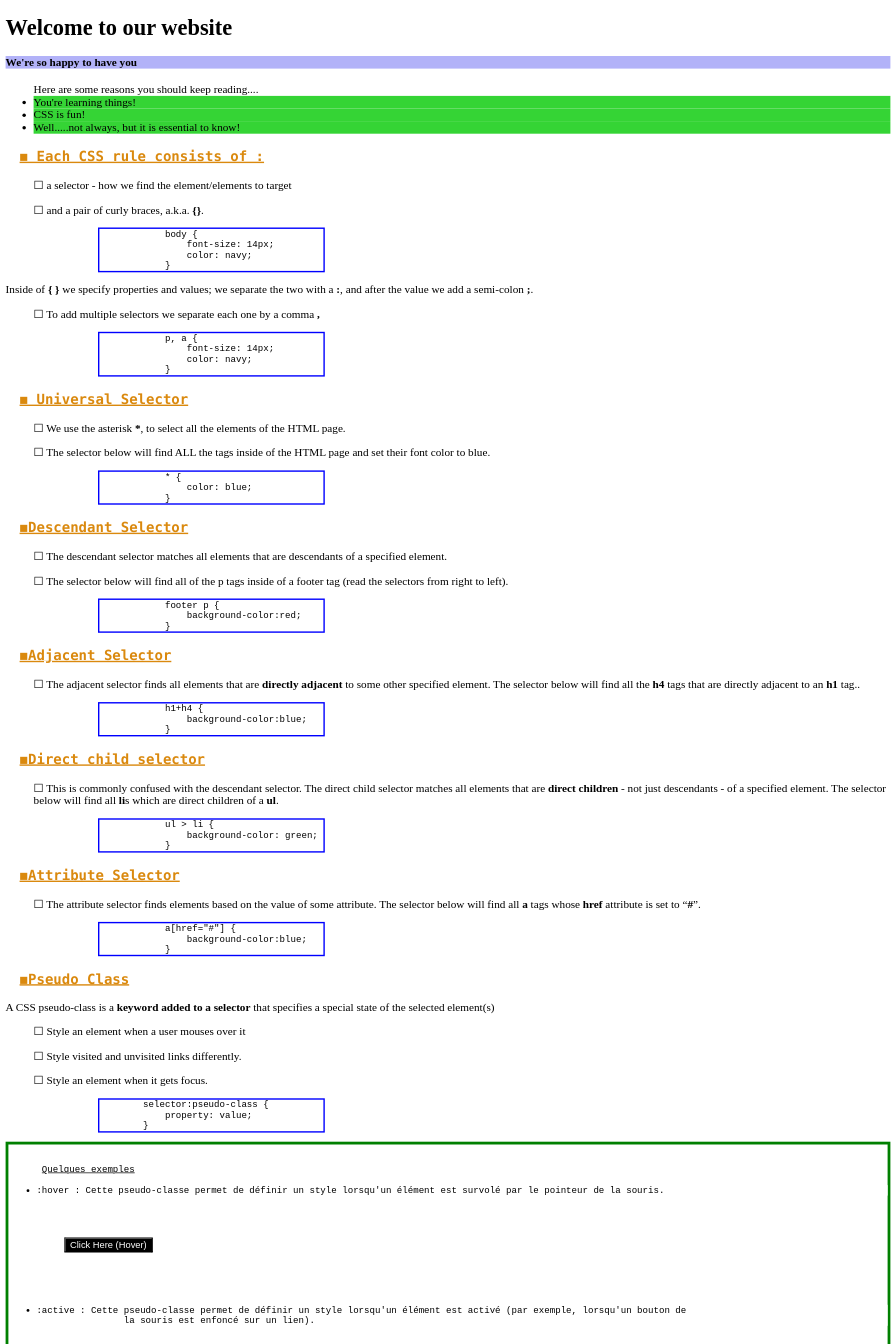
Repository: AnnaSpirit/Tests__
Page: CSS/Useful_Selectors.html
An editor plug-in stored every save of this project. The page is shown before and after the next save, followed by the edit.
The browser window is 1280 px wide. The pictures show the part of the page from y = 0 to 1920 px (the page is 2653 px tall before and 2707 px after), at 70% of full size.

Above is the page before, as saved 2024-04-03 19:01:24.

After the next save:
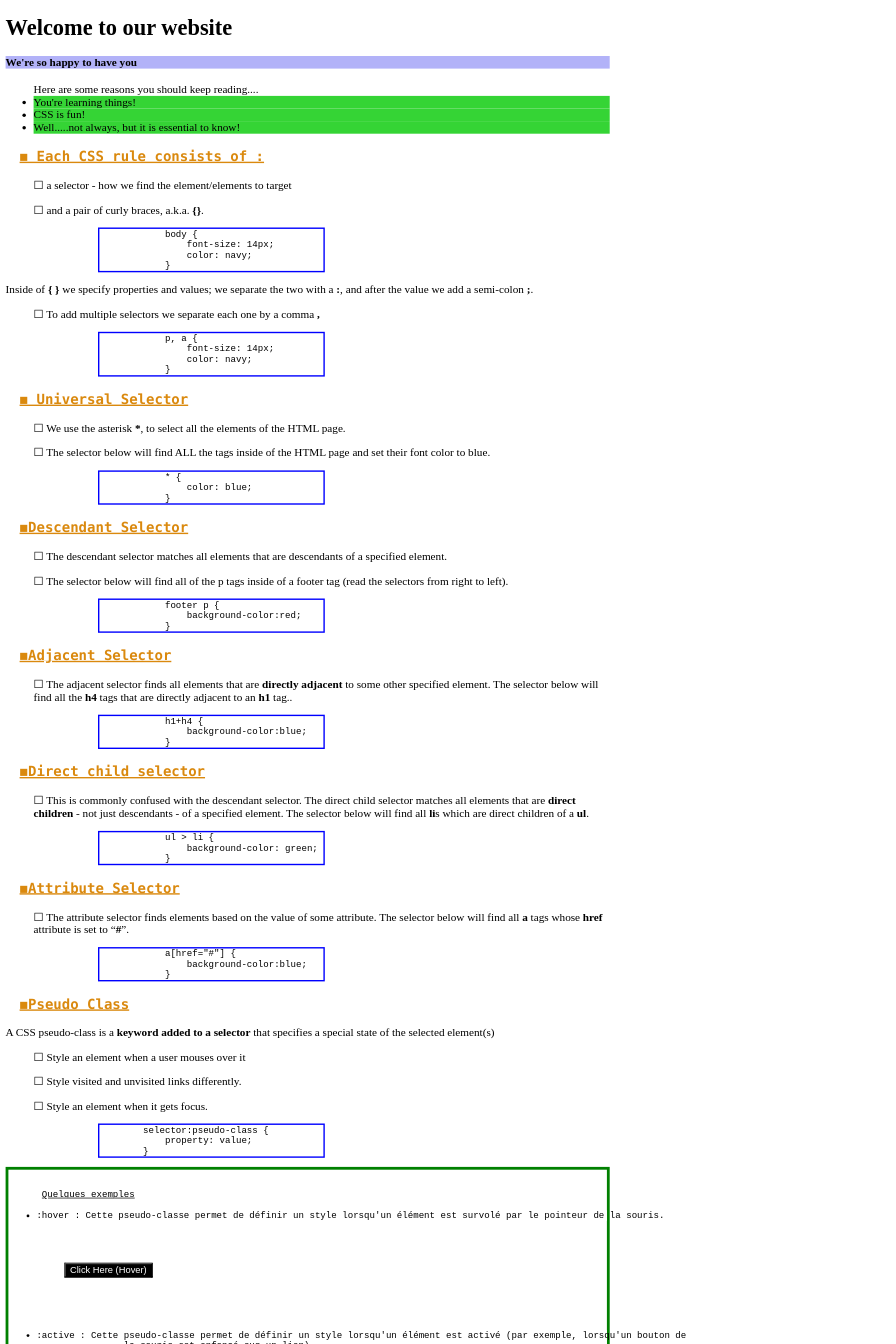
Saved 98 s later.
--- a/CSS/Useful_Selectors.html
+++ b/CSS/Useful_Selectors.html
@@ -6,7 +6,7 @@
     <title>Useful Selectors</title>
     <link rel="stylesheet" href="style_Selectors.css">
 </head>
-<body>
+<body style="margin-right: 409px;">
     <header>
         <h1>Welcome to our website</h1>
         <h4>We're so happy to have you</h4>
